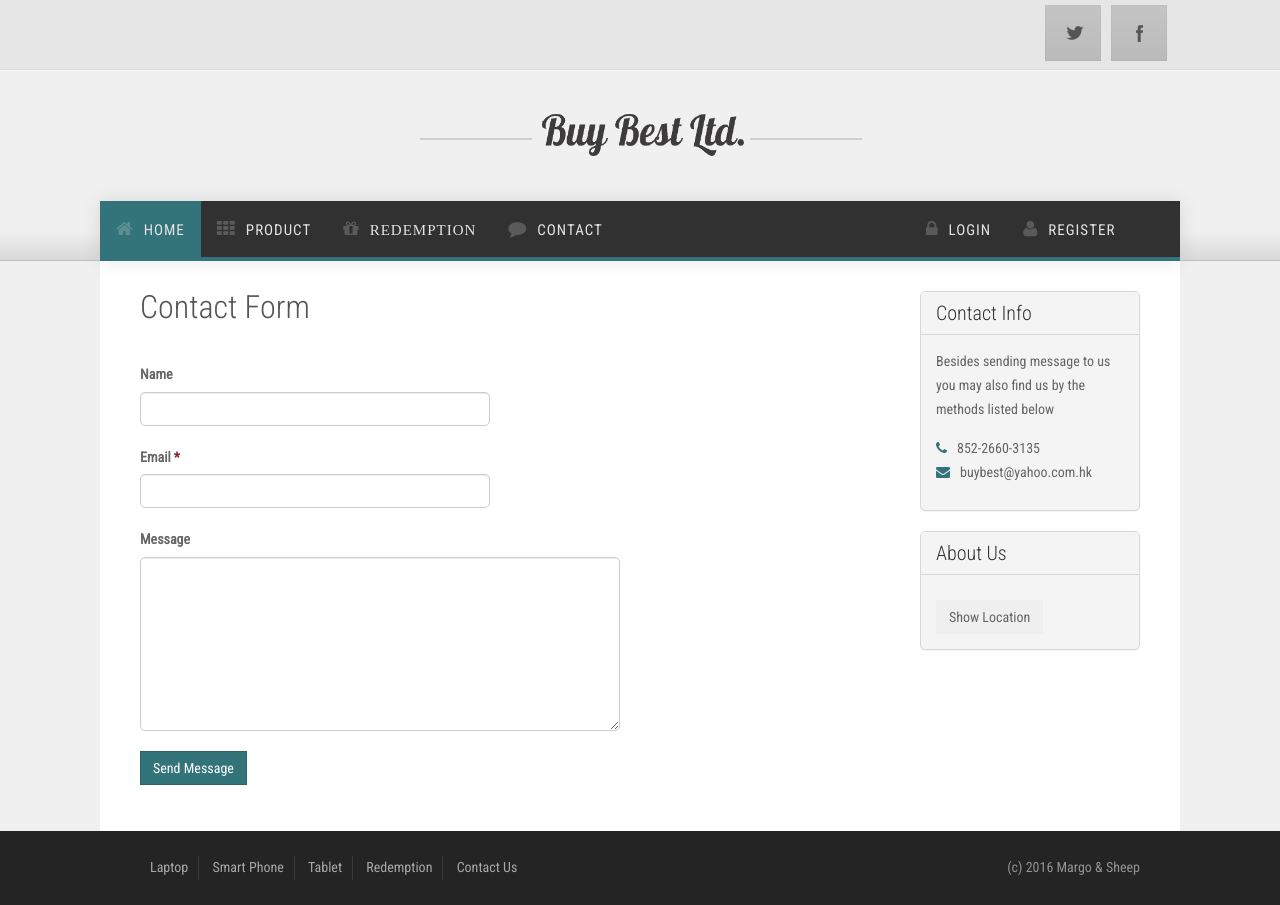
Repository: thymargo13/HCI--2015
Page: contact.html
The author's editor kept a record of every edit. The page is drawn from the files as they stood at one moment, then again after the next edit.
The browser window is 1280 px wide. The pictures show the whole page.

Above is the page before.

After the next edit:
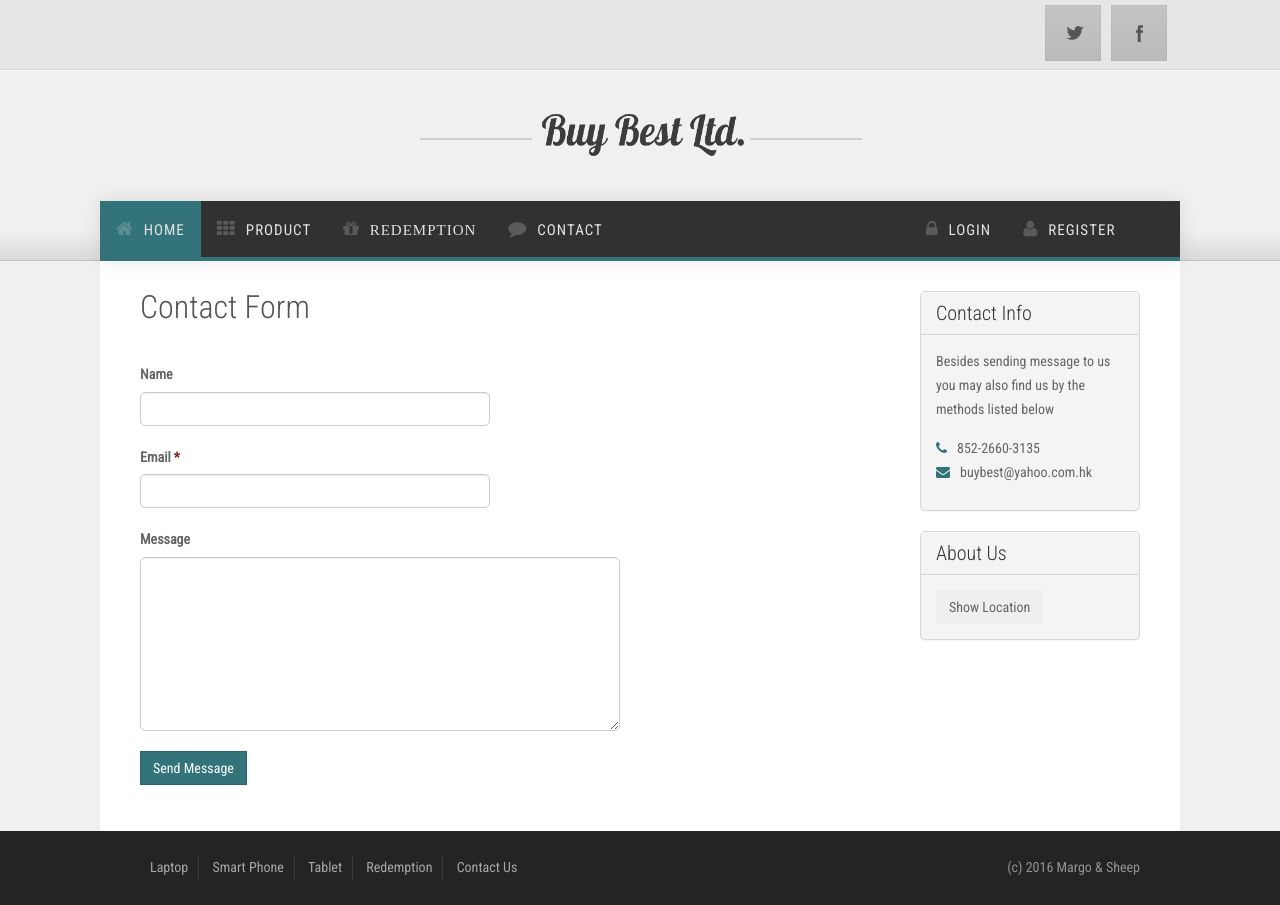
The edit:
--- a/contact.html
+++ b/contact.html
@@ -187,7 +187,7 @@
                                     <h3 class="panel-title">About Us</h3>
                                 </div>
                                 <div class="panel-body">
-                    <h2 id="demo"></h2>
+
                     <button class="btn" onclick="getLocation()">Show Location</button>
                     <div id="mapholder"></div>
 
